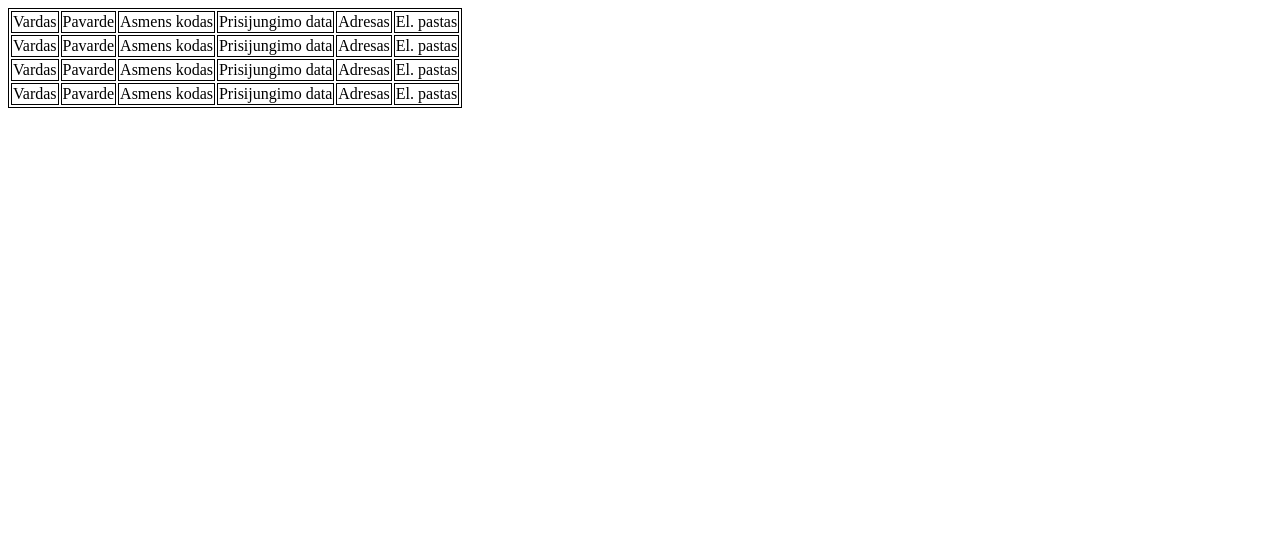
Repository: motiejus1/29-paskaita-05.31
Page: index.html
These files come from the project's save history. The page is drawn as it stood at one moment and after a run of saves; the edit follows.
The browser window is 1280 px wide. The pictures show the whole page.

Above is the page before, as saved 2021-07-21 18:33:31.

After the next 4 saves:
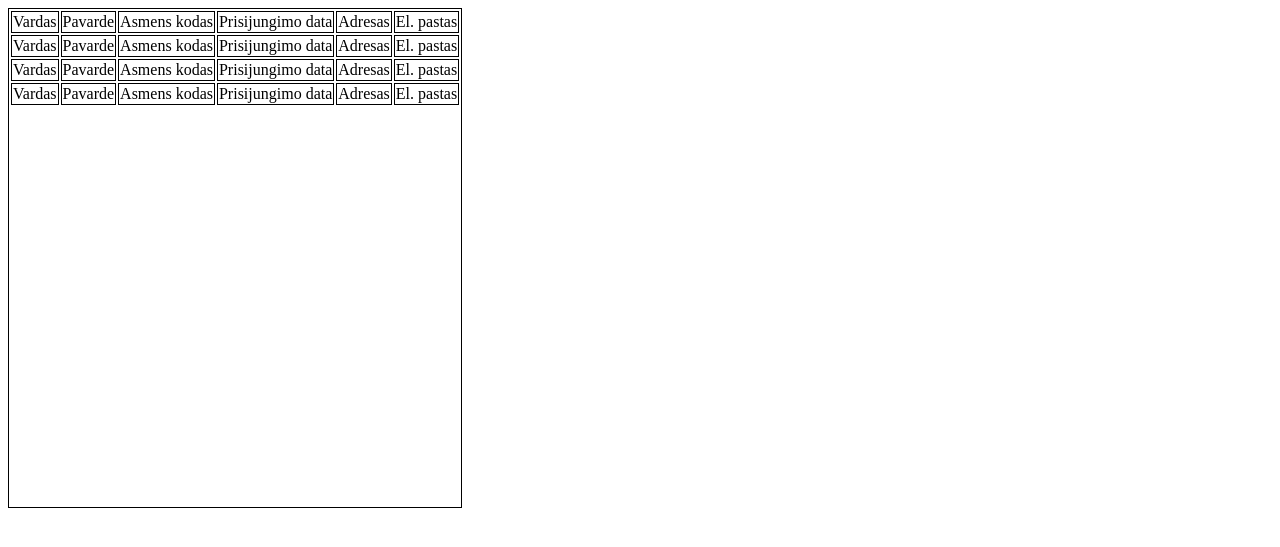
The 4 saves are shown as one change because they came seconds apart.
The last was saved 13 s later.
--- a/index.html
+++ b/index.html
@@ -102,9 +102,7 @@
         // tiesiog sukurti tuscias eilutes
         var eilute = document.createElement("tr");
         eilute.classList.add("klientas");
-
-
-
+        isvedimoElementas.append(eilute);
     }
 
 

After the 2 saves that followed:
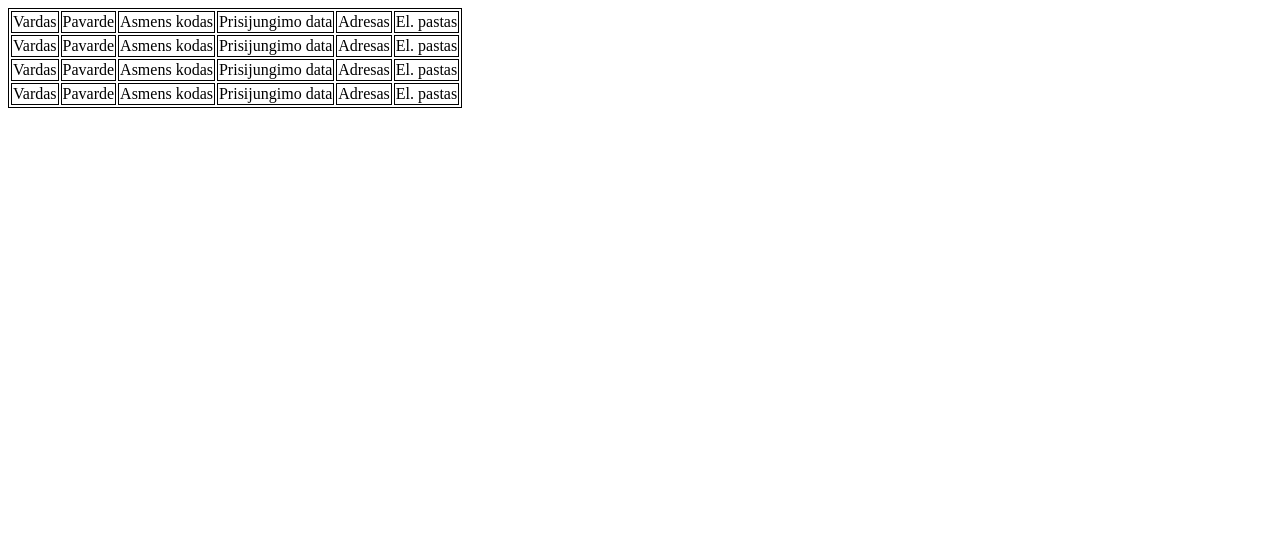
The 2 saves are shown as one change because they came seconds apart.
The last was saved 77 s later.
--- a/index.html
+++ b/index.html
@@ -102,7 +102,10 @@
         // tiesiog sukurti tuscias eilutes
         var eilute = document.createElement("tr");
         eilute.classList.add("klientas");
-        isvedimoElementas.append(eilute);
+
+
+
+        // isvedimoElementas.append(eilute);
     }
 
 
